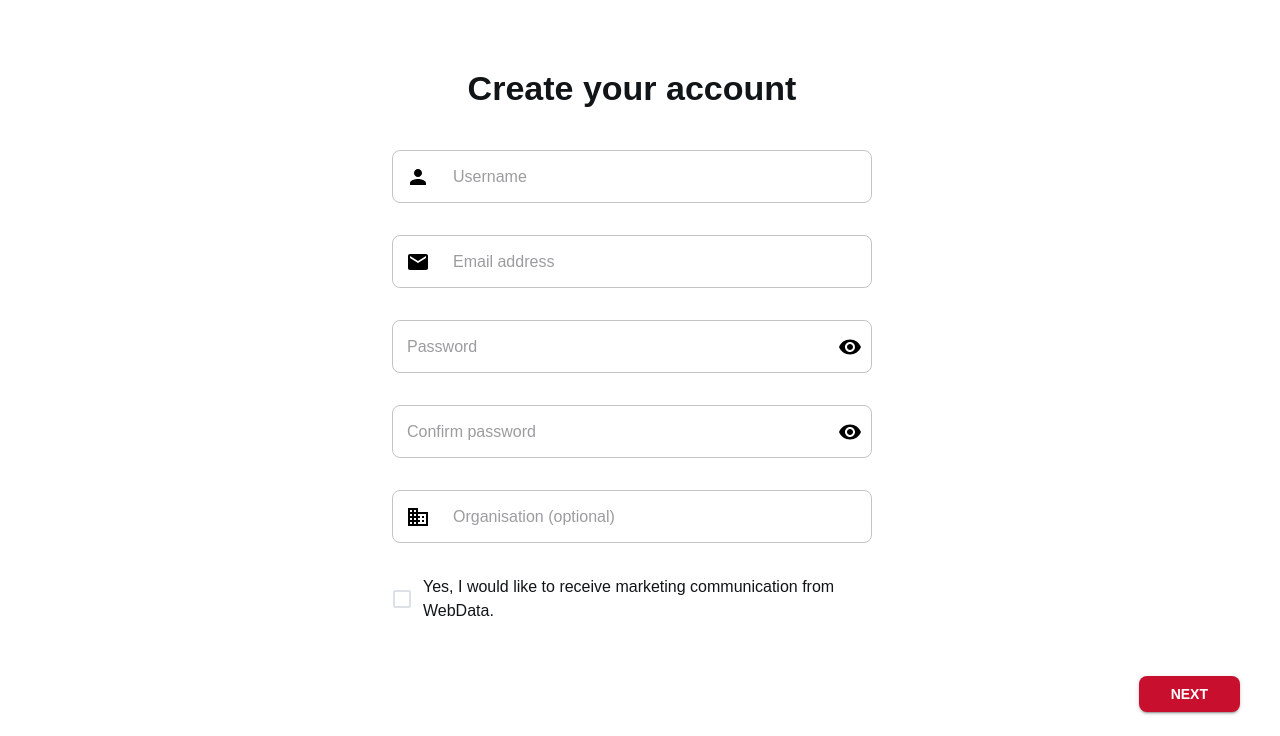
Repository: Pascal-Ahmadu/Tender-download-system
Page: /register (app in frontend/)
These files come from the project's save history. The page is drawn as it stood at one moment and after the next save; the edit follows.
The browser window is 1280 px wide. The pictures show the whole page.
The page's requests for data from a server got no answer. Some web fonts or font styles are not loaded; a fallback is used. The project was rebuilt for these pictures with package versions that can differ from the ones it lists, and the page was loaded fresh each time. No one was signed in, and anything a server would have sent is missing. Also part of the build but not shown: frontend/vite.config.js, frontend/src/components/pages/LoginPage.jsx.

Above is the page before, as saved 2024-07-31 08:07:47.

After the next save:
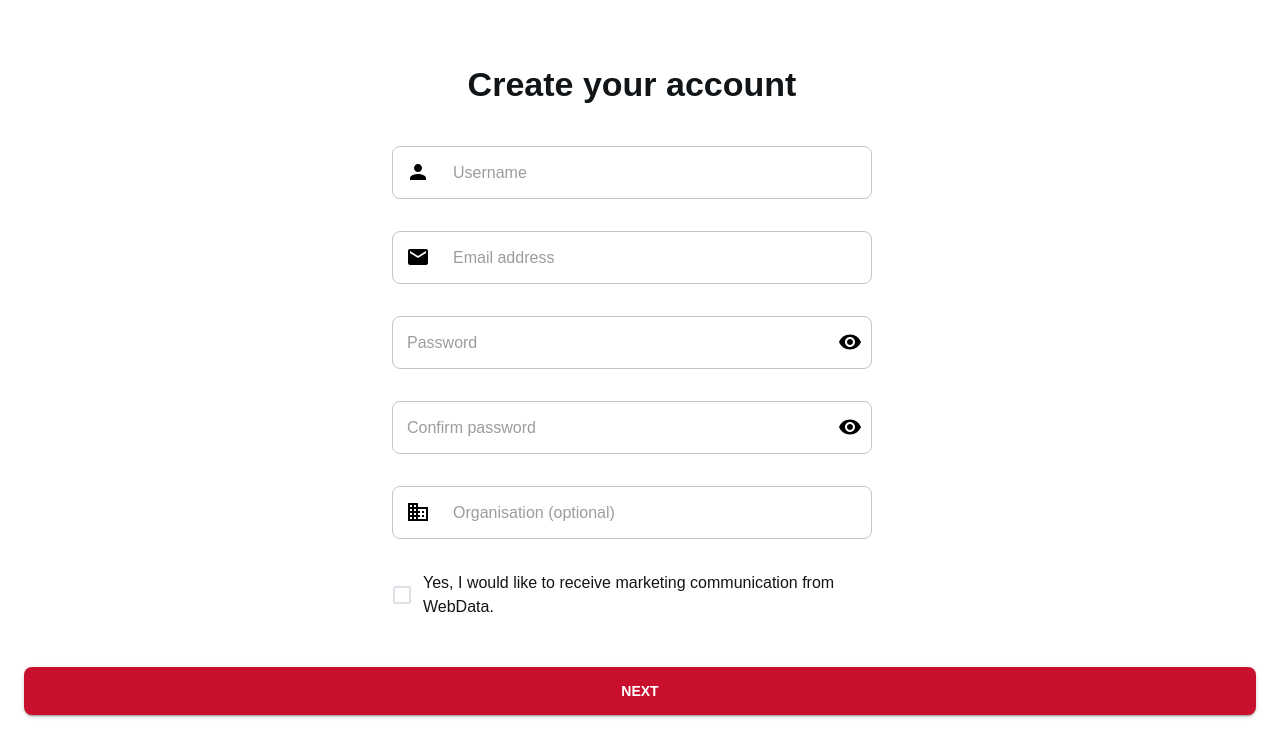
Saved 3 min 18 s later.
--- a/frontend/src/components/pages/RegistrationPage.jsx
+++ b/frontend/src/components/pages/RegistrationPage.jsx
@@ -359,20 +359,20 @@ function SignupForm() {
         component="footer"
         sx={{
           display: "flex",
-          justifyContent: "flex-end",
-          px: 4,
+          justifyContent: "center",
+          px: 2,
           py: 2,
         }}
       >
         <Button
           variant="contained"
+          fullWidth // Make the button span the width of its container
           sx={{
-            minWidth: "84px",
-            bgcolor: "#c8102e", // Changed color
+            bgcolor: "#c8102e", // Button color
             color: "white",
             fontWeight: "bold",
             borderRadius: 2,
-            px: 4,
+            py: 1.5, // Adjust vertical padding for height
             "&:hover": {
               bgcolor: "#a50f1d", // Slightly darker on hover
             },
